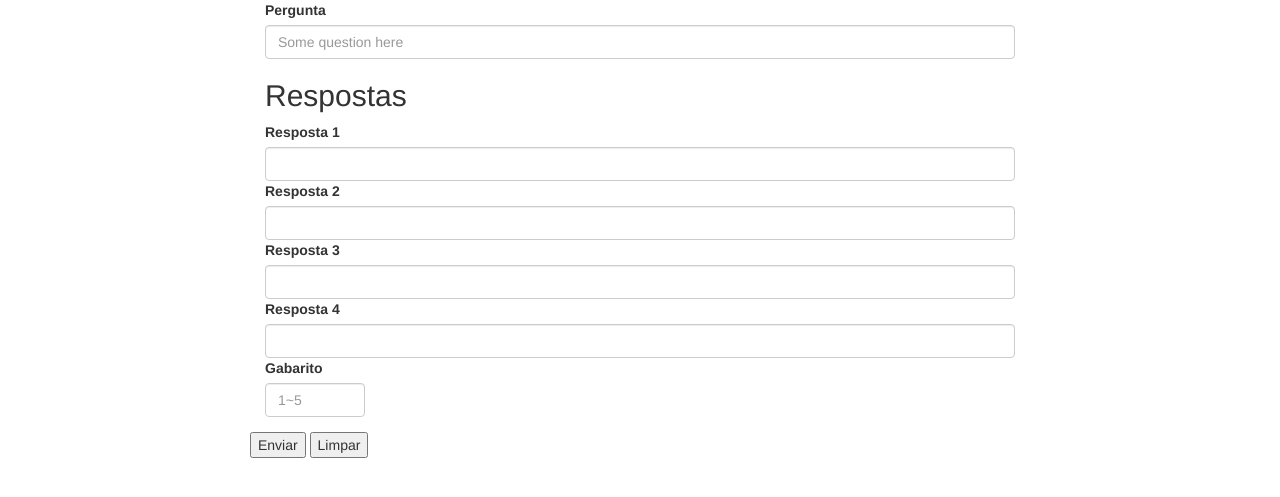
Repository: brunoUnigranrio/TDEs-Daw
Page: http://localhost/TDE1/cadastrarFormulario.jsp
These files come from the project's save history. The page is drawn as it stood at one moment and after the next save; the edit follows.
The browser window is 1280 px wide. The pictures show the whole page.
The page is served by Tomcat 9. Other server files are loaded and not shown.

Above is the page before, as saved 2019-06-16 21:21:25.
Console error (its wording comes from the project's code and is left out).

### TDE1/WebContent/cadastrarFormulario.jsp
<%@ page language="java" contentType="text/html; charset=UTF-8"
    pageEncoding="UTF-8"%>
<!DOCTYPE html>
<html>
<head>
<meta charset="UTF-8">
<title>Cadastro de formulário</title>
<!-- Latest compiled and minified CSS -->
<link rel="stylesheet" href="https://stackpath.bootstrapcdn.com/bootstrap/3.4.1/css/bootstrap.min.css" integrity="sha384-HSMxcRTRxnN+Bdg0JdbxYKrThecOKuH5zCYotlSAcp1+c8xmyTe9GYg1l9a69psu" crossorigin="anonymous">

<!-- Optional theme -->
<link rel="stylesheet" href="https://stackpath.bootstrapcdn.com/bootstrap/3.4.1/css/bootstrap-theme.min.css" integrity="sha384-6pzBo3FDv/PJ8r2KRkGHifhEocL+1X2rVCTTkUfGk7/0pbek5mMa1upzvWbrUbOZ" crossorigin="anonymous">

<!-- Latest compiled and minified JavaScript -->
<script src="https://stackpath.bootstrapcdn.com/bootstrap/3.4.1/js/bootstrap.min.js" integrity="sha384-aJ21OjlMXNL5UyIl/XNwTMqvzeRMZH2w8c5cRVpzpU8Y5bApTppSuUkhZXN0VxHd" crossorigin="anonymous"></script>
</head>
<body>
<div class = "container">
<div class = "row">
<div class = "col-md-8 col-md-offset-2">


<form  method = "post" action="CadastrarPergunta">
  <div class="form-group">
    <label for="perguntaInput">Pergunta</label>
    <input type="text" class="form-control" id="perguntaInput" placeholder="Some question here">
  </div>
  <div class="form-group">
  <h2 class=>Respostas</h2>
  <%
  int i =1;
  for (i = 1; i < 5; i++) {
	  out.println(
		"<label for=\"r" + i + "\">Resposta " + i + "</label>"
			  );
	 out.println(
			 " <input type=\"text\" class=\"form-control\" id=\"r" +i + " placeholder=\"Resposta " +i+ "\\> "
			 );

  }

  %>
  <div class="row">
  <div class= "col-md-2">
   <label for="gaba">Gabarito</label>
    <input type="number" class="form-control" id="gabarito" placeholder="1~5" >
  </div>

  </div>


  </div>
  <div class="row">
  <button type="submit">Enviar</button>
  <button type="reset">Limpar</button>
  </div>
</form>
</div>

</div>

</body>
</html>

After the next save:
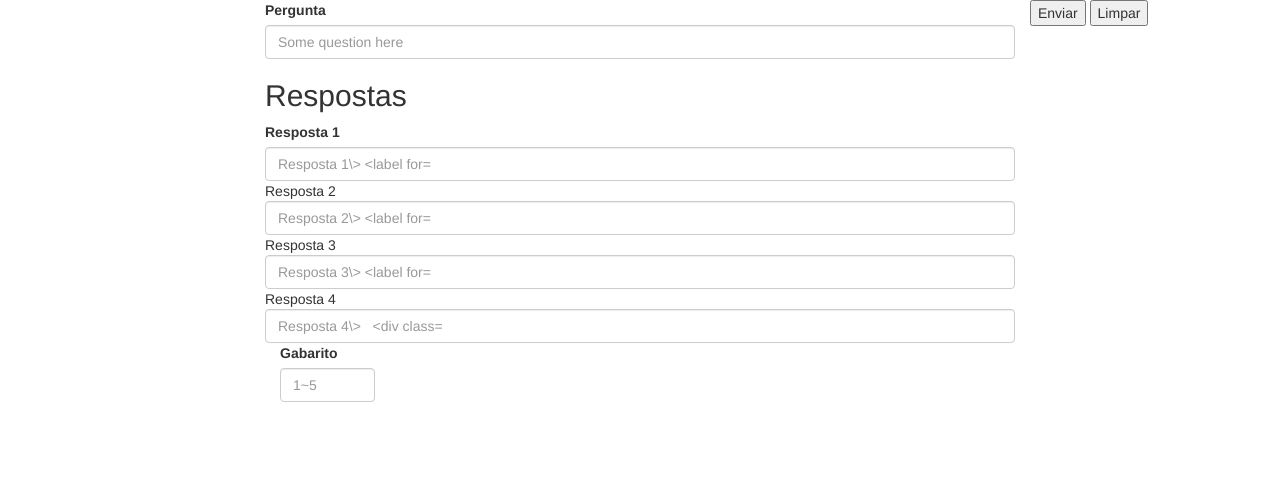
Saved 2 min 15 s later.
--- a/TDE1/WebContent/cadastrarFormulario.jsp
+++ b/TDE1/WebContent/cadastrarFormulario.jsp
@@ -34,7 +34,7 @@
 		"<label for=\"r" + i + "\">Resposta " + i + "</label>"
 			  );
 	 out.println(
-			 " <input type=\"text\" class=\"form-control\" id=\"r" +i + " placeholder=\"Resposta " +i+ "\\> "
+			 " <input type=\"text\" class=\"form-control\" id=\"r" +i + "\" placeholder=\"Resposta " +i+ "\\> "
 			 );
 
   }
